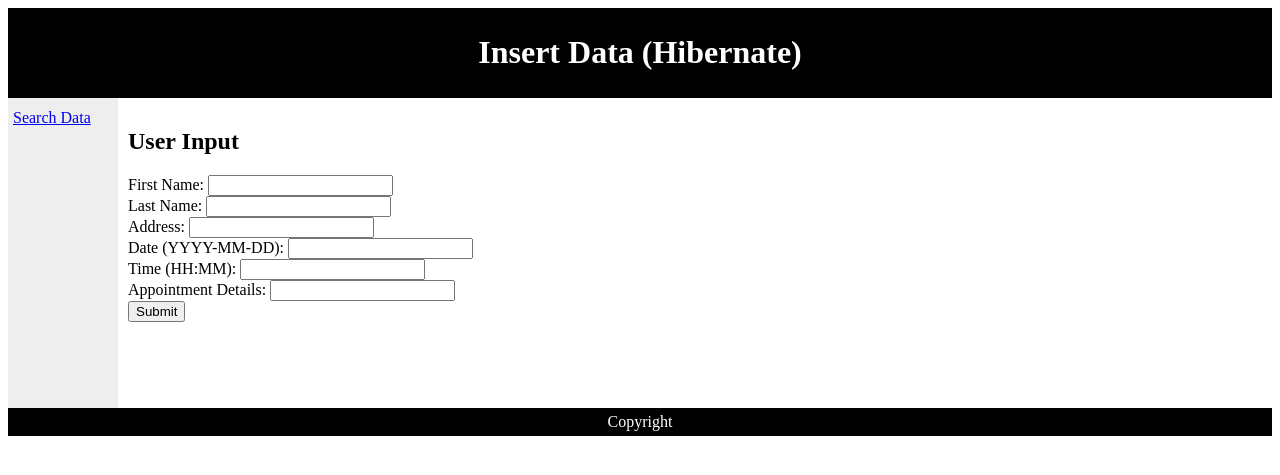
Repository: Doniico/G1_ODM
Page: workspaceCSCI4830-teamproject/teamproject/WebContent/simpleInsertHB.html
The author's editor kept a copy of each file at every save. The page is drawn from the files as they stood at one save, then again after the next save.
The browser window is 1280 px wide. The pictures show the whole page.

Above is the page before, as saved 2020-03-29 22:37:31.

After the next save:
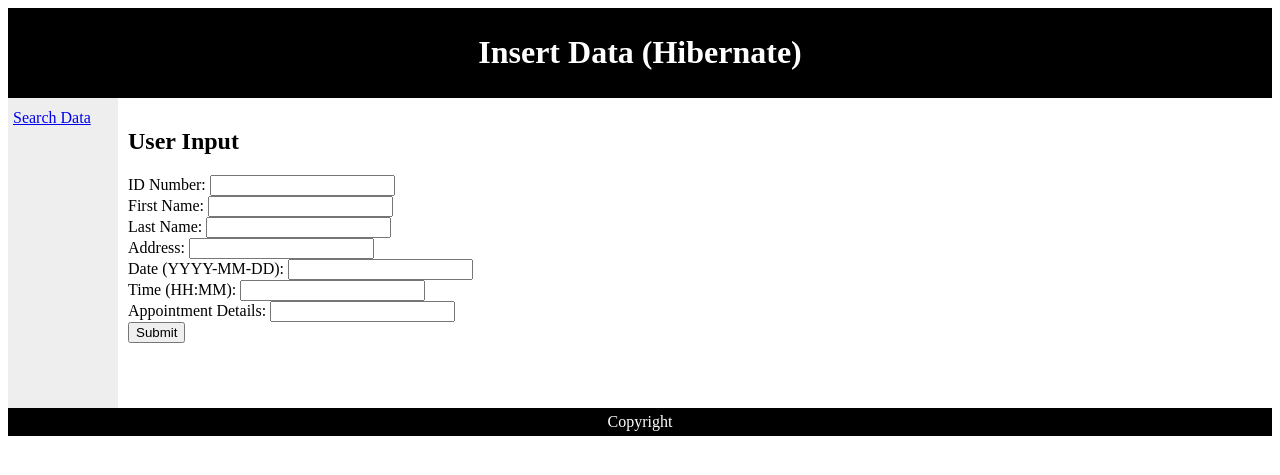
Saved 39 s later.
--- a/workspaceCSCI4830-teamproject/teamproject/WebContent/simpleInsertHB.html
+++ b/workspaceCSCI4830-teamproject/teamproject/WebContent/simpleInsertHB.html
@@ -44,6 +44,7 @@ footer {
 
 	<form action="SimpleInsertHB" method="POST">
 
+		ID Number: <input type="number" name="id"> <br />
 		First Name: <input type="text" name="firstName"> <br />
 		Last Name: <input type="text" name="lastName"> <br />
 		Address: <input type="text" name="address"> <br />
